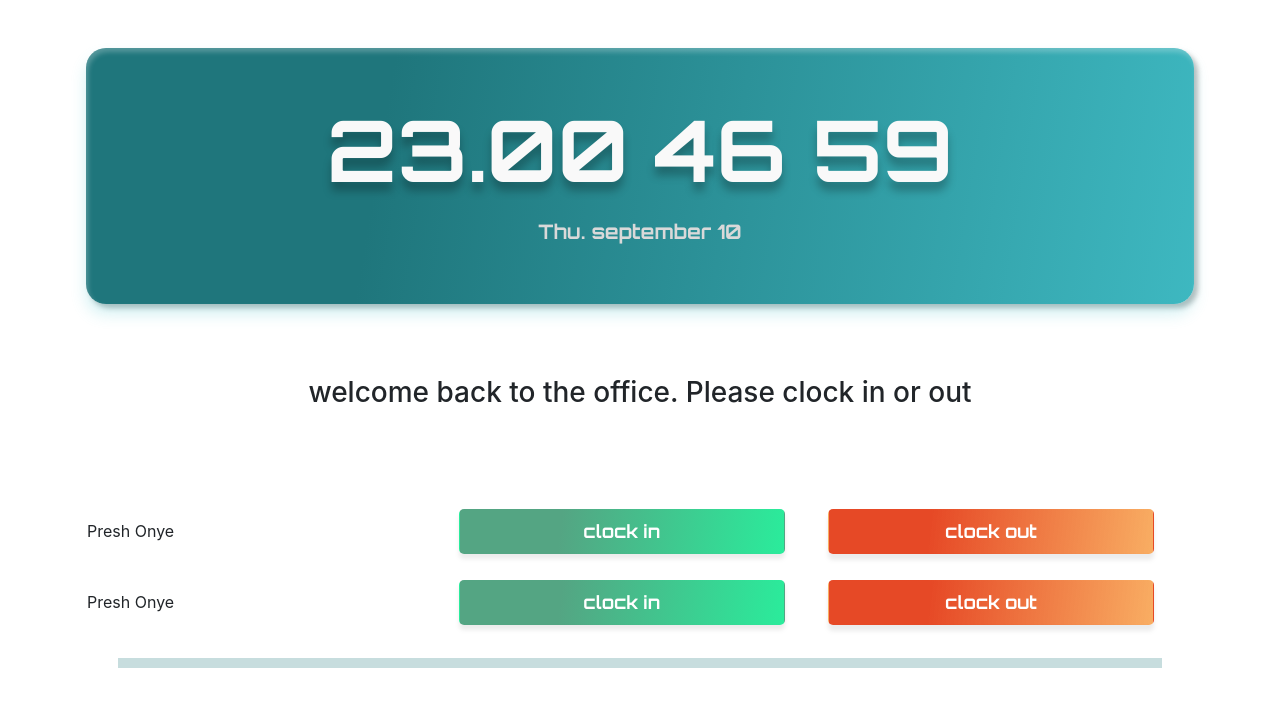
Repository: giprim/clocker
Page: /
An editor plug-in stored every save of this project. The page is shown before and after the next save, followed by the edit.
The browser window is 1280 px wide. The pictures show the whole page.
The project was rebuilt for these pictures with package versions that can differ from the ones it lists, and the page was loaded fresh each time.

Above is the page before, as saved 2020-09-11 00:00:08.

### src/App.tsx
import React from 'react';
import './App.css';

function App() {
  const currentTime = () => {
    let date = new Date();

    return `${date
      .getHours()
      .toFixed(2)} ${date.getMinutes()} ${date.getSeconds()}`;
  };

  console.log(currentTime());

  return (
    <div className='container py-4'>
      {/* clock section */}
      <div className='clock-box effect p-2 py-md-5 mt-4'>
        <div className='row'>
          <div className='col-12'>
            <h4 className='display-3 text-center'>
              {currentTime().toString()}
            </h4>
          </div>
          <div className='col-12 text-center mt-2 mb-1'>
            <h6>Thu. september 10</h6>
          </div>
        </div>
      </div>

      {/* welcome  */}
      <p className='text-center my-5 py-4 h3'>
        welcome back to the office. Please clock in or out
      </p>

      <table>
        <thead>
          <tr>
            <th></th>
            <th></th>
            <th></th>
          </tr>
        </thead>
        <tbody>
          <tr>
            <td>Presh Onye</td>
            <td className='row justify-content-evenly'>
              <button className='btn clockin col-5'> clock in</button>
              <button className='btn clockout col-5'> clock out</button>
            </td>
          </tr>
          <tr>
            <td>Presh Onye</td>
            <td className='row justify-content-evenly'>
              <button className='btn clockin col-5'> clock in</button>
              <button className='btn clockout col-5'> clock out</button>
            </td>
          </tr>
        </tbody>
      </table>

      <hr />
    </div>
  );
}

export default App;

### src/App.css
@import url('https://fonts.googleapis.com/css2?family=Orbitron:wght@400;500;600;700;800;900&family=Work+Sans:ital,wght@0,100;0,200;0,400;0,600;0,700;1,500&display=swap');

.clock-box {
  background: linear-gradient(99.35deg, #1f767c 26.99%, #42c1ca 110.13%);
  box-shadow: 0px 10px 15px rgba(66, 193, 202, 0.23),
    4px 4px 5px rgba(0, 0, 0, 0.25), inset 2px 4px 5px rgba(255, 255, 255, 0.25);
  border-radius: 20px;
  position: relative;
  z-index: 10;
}

.clock-box h4 {
  font-family: Orbitron;
  font-style: normal;
  font-weight: bold;
  font-size: 85px;
  line-height: 107px;
  /* identical to box height */

  color: #f9f9f9;

  text-shadow: 0px 9px 9px rgba(0, 0, 0, 0.25);
}

.clock-box h6 {
  font-family: Orbitron;
  font-style: normal;
  font-weight: bold;
  font-size: 20px;
  line-height: 25px;
  /* identical to box height */

  color: #d9d9d9;
}

.clockout,
.clockin {
  font-family: Orbitron;
  font-style: normal;
  font-weight: bold;
  font-size: 18px;
  line-height: 23px;
  /* identical to box height */
  padding-top: 10px;
  padding-bottom: 10px;
  color: #ffffff;
  transition: ease-in 0.13s;
}

/* table.table {
  border: none;
} */

.clockin:hover,
.clockout:hover {
  color: white;
  transform: translateY(-5px);
}

.clockin {
  background: linear-gradient(97.12deg, #54a583 31.21%, #21fca1 115.81%);
  box-shadow: 0px 5px 4px rgba(128, 128, 128, 0.15);
  border-radius: 5px;
}

.clockout {
  background: linear-gradient(
    97.12deg,
    #e64926 31.21%,
    rgba(252, 176, 63, 0.74) 115.81%
  );
  box-shadow: 0px 6px 4px rgba(128, 128, 128, 0.15);
  border-radius: 5px;
}

table {
  width: 100%;
}

table tr td {
  padding-top: 25px;
}

hr {
  margin: 2rem;
  padding: 5px;
  background: #20777c;
}

Loaded but not shown: public/index.html (common file); src/index.tsx (common file); src/index.css (common file); src/serviceWorker.ts (common file)

After the next save:
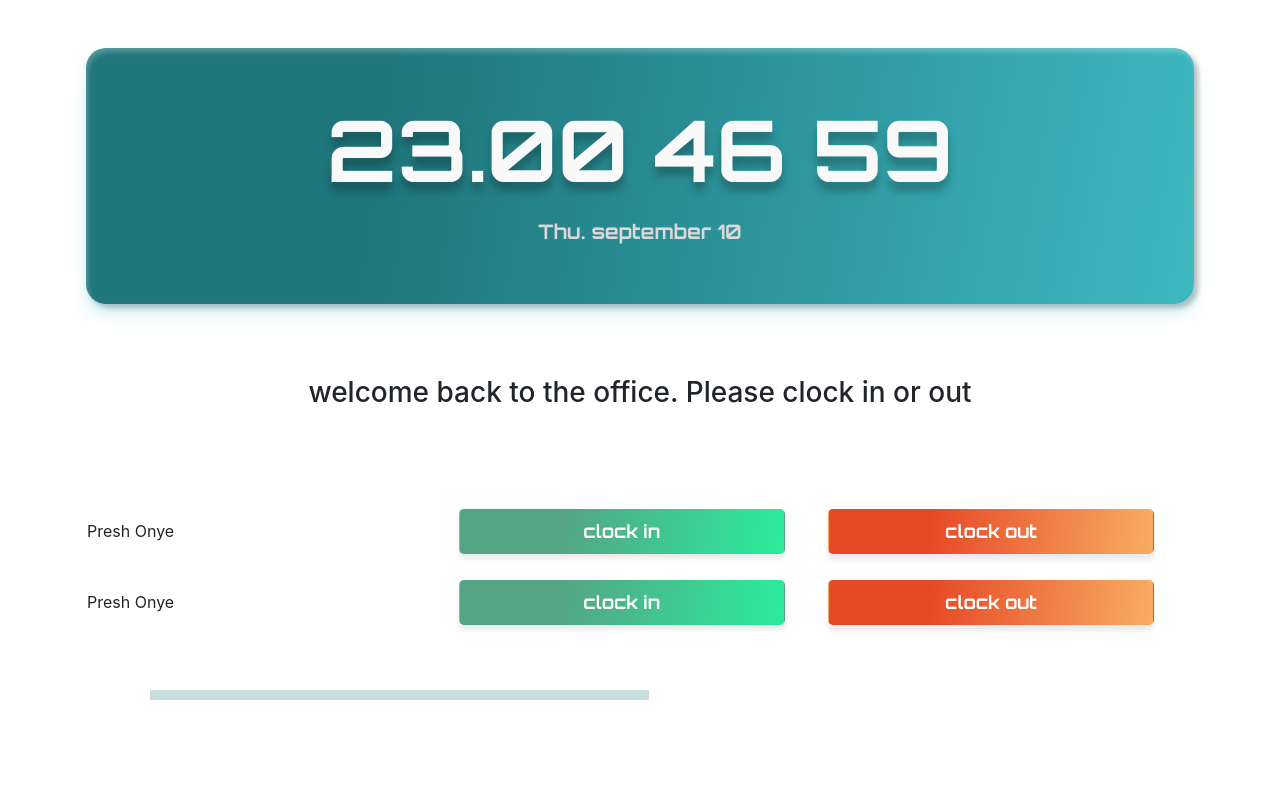
Saved 19 s later.
--- a/src/App.css
+++ b/src/App.css
@@ -82,7 +82,8 @@ table tr td {
 }
 
 hr {
-  margin: 2rem;
+  margin: 4rem;
+  width: 45%;
   padding: 5px;
   background: #20777c;
 }
